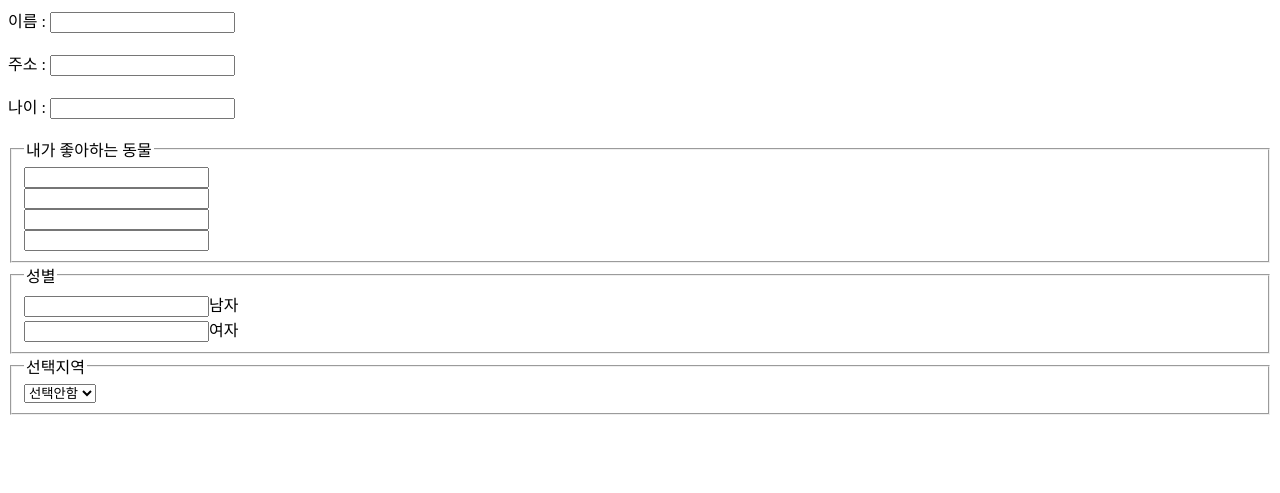
Repository: Rua1006/JSP
Page: practice01/WebContent/input.html
An editor plug-in stored every save of this project. The page is shown before and after the next save, followed by the edit.
The browser window is 1280 px wide. The pictures show the whole page.

Above is the page before, as saved 2022-10-17 07:07:44.

### practice01/WebContent/input.html
<!DOCTYPE html>
<html>
<head>
<meta charset="UTF-8">
<title>입력 데이터 처리와 주고 받기</title>
</head>
<body>
<form action="indata" action="test04.jsp" method="post">
	이름 : <input type="" name=""><br><br>
	주소 : <input type="" name=""><br><br>
	나이 : <input type="" name=""><br><br>
	<fieldset>
		<legend>내가 좋아하는 동물</legend>
		<input type="" name="" value="" /><br>
		<input type="" name="" value="" /><br>
		<input type="" name="" value="" /><br>
		<input type="" name="" value="" /><br>
	</fieldset>
	<fieldset>
		<legend>성별</legend>
		<input type="" name="" value="" checked>남자<br>
		<input type="" name="" value="" >여자<br>
	</fieldset>
	<fieldset>
		<legend>선택지역</legend>
		<select name="area">
			<option selected>선택안함</option>
			<option value="01">선택안함</option>
			<option value="02">선택안함</option>
			<option value="03">선택안함</option>
			<option value="04">선택안함</option>
		</select>
	</fieldset>
</form>
</body>
</html>

After the next save:
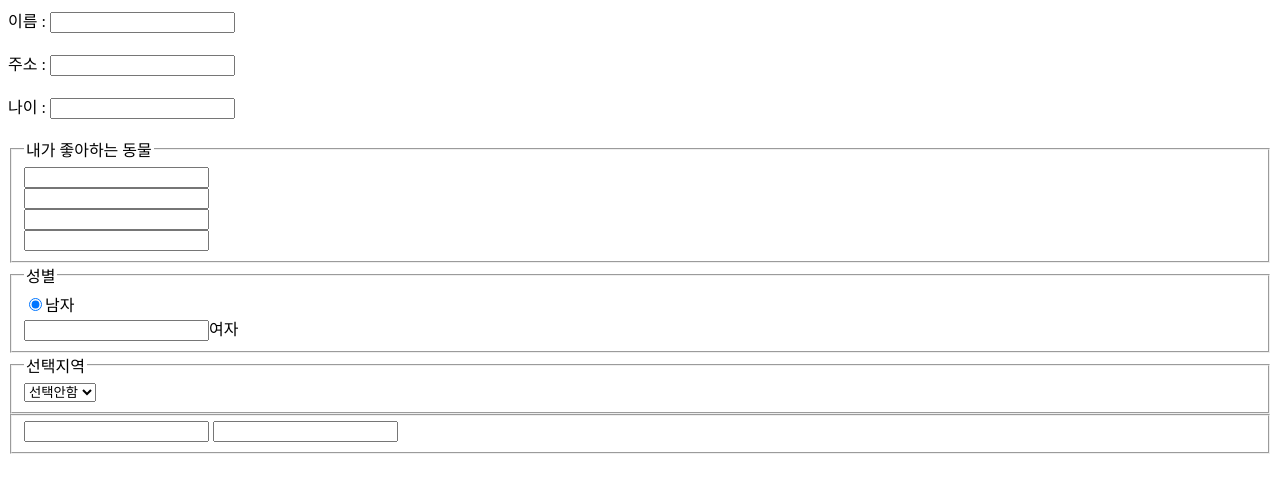
Saved 99 s later.
--- a/practice01/WebContent/input.html
+++ b/practice01/WebContent/input.html
@@ -18,7 +18,7 @@
 	</fieldset>
 	<fieldset>
 		<legend>성별</legend>
-		<input type="" name="" value="" checked>남자<br>
+		<input type="radio" name="" value="" checked>남자<br>
 		<input type="" name="" value="" >여자<br>
 	</fieldset>
 	<fieldset>
@@ -31,6 +31,10 @@
 			<option value="04">선택안함</option>
 		</select>
 	</fieldset>
+	<fieldset>
+		<input type="" name="" >
+		<input>
+	</fieldset>
 </form>
 </body>
 </html>
